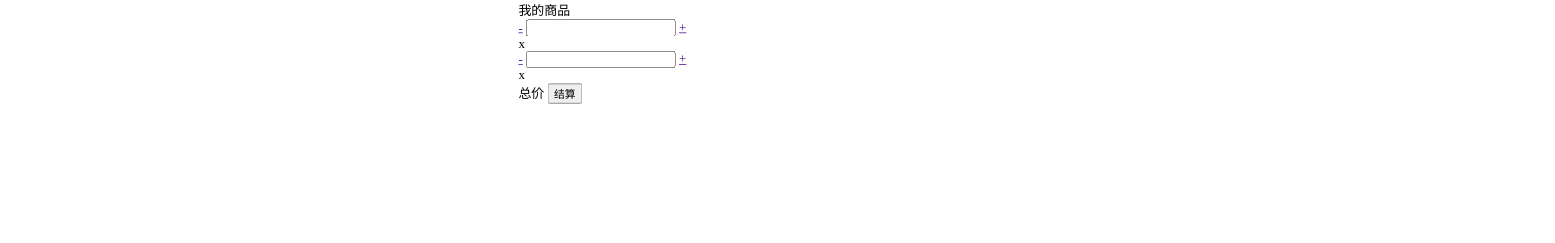
Repository: R1Deemo/Vue
Page: 10购物车.html
These files come from the project's save history. The page is drawn as it stood at one moment and after the next save; the edit follows.
The browser window is 1280 px wide. The page is 1920 px wide, then 1280 px, so the pictures cover 1920 px, including what lies to the right of the window. The pictures show the whole page, at 81% of full size.

Above is the page before, as saved 2022-11-14 15:08:43.

After the next save:
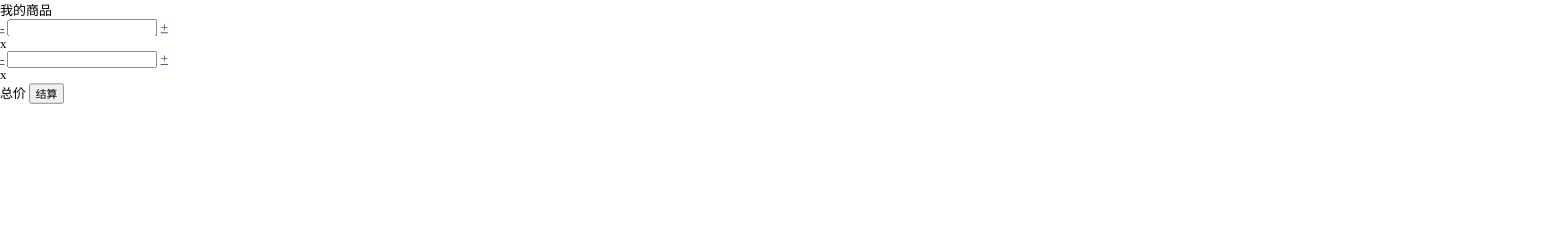
Saved 38 s later.
--- a/css/购物车.css
+++ b/css/购物车.css
@@ -5,6 +5,5 @@
 }
 
 .container {
-    width: 100%;
-    margin: 0 50%;
+    margin: 0 auto;
 }
